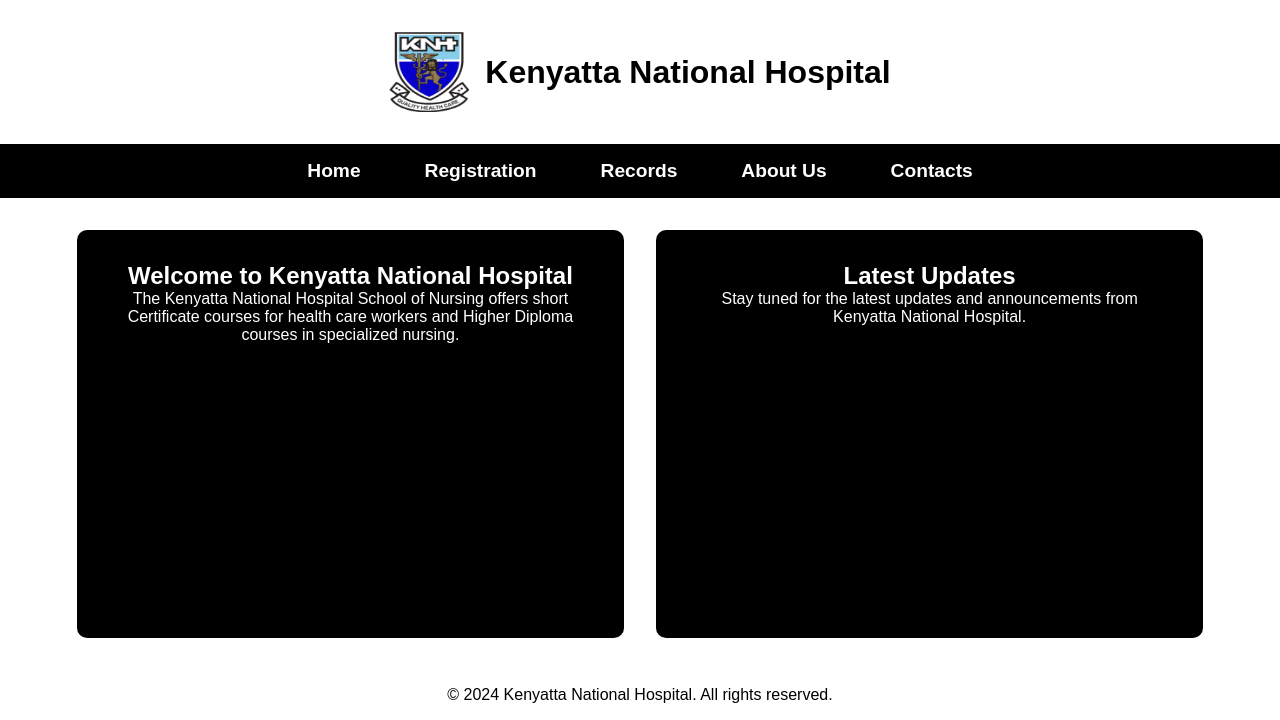
Repository: EphrahimLaanyu123/wsp
Page: index.html
These files come from the project's save history. The page is drawn as it stood at one moment and after the next save; the edit follows.
The browser window is 1280 px wide. The pictures show the whole page.

Above is the page before, as saved 2025-03-14 08:40:46.

### index.html
<!DOCTYPE html>
<html lang="en">
<head>
    <meta charset="UTF-8">
    <meta name="viewport" content="width=device-width, initial-scale=1.0">
    <title>Kenyatta National Hospital</title>
    <link rel="stylesheet" href="styles.css">
</head>
<body>

    <header class="header">
        <div class="header-content">
            <img src="/transparent_logo.png" alt="Kenyatta National Hospital Logo" class="logo">
            <h1 class="header-title">Kenyatta National Hospital</h1>
        </div>
    </header>

    <nav class="nav">
        <ul>
            <li><a href="index.html">Home</a></li>
            <li><a href="Registration.html">Registration</a></li>
            <li><a href="table.html">Records</a></li>
            <li><a href="about.html">About Us</a></li>
            <li><a href="contacts.html">Contacts</a></li>
        </ul>
    </nav>

    <main class="sectionaside">
        <section class="section">
            <h2>Welcome to Kenyatta National Hospital</h2>
            <p>The Kenyatta National Hospital School of Nursing offers short Certificate courses for health care workers and Higher Diploma courses in specialized nursing.</p>
        </section>

        <aside class="aside">
            <h2>Latest Updates</h2>
            <p>Stay tuned for the latest updates and announcements from Kenyatta National Hospital.</p>
        </aside>
    </main>

    <footer class="footer">
        <p>&copy; 2024 Kenyatta National Hospital. All rights reserved.</p>
    </footer>

    <script src="script.js"></script>

</body>
</html>

### styles.css
/* General Reset */
* {
    margin: 0;
    padding: 0;
    box-sizing: border-box;
    font-family: 'Arial', sans-serif;
}

/* Full-Page Background */
body {
    background-color: white;
    color: black;
    min-height: 100vh;
    display: flex;
    flex-direction: column;
}

/* Header */
.header {
    background-color: white;
    padding: 2rem;
    text-align: center;
}

.header-content {
    display: flex;
    align-items: center;
    justify-content: center;
    gap: 1rem;
}

.logo {
    width: 80px;
    height: 80px;
}

.header-title {
    font-size: 2rem;
    font-weight: bold;
    color: black;
}

/* Navigation */
.nav {
    background-color: black;
    padding: 1rem;
    text-align: center;
}

.nav ul {
    list-style: none;
    display: flex;
    justify-content: center;
    gap: 2rem;
}

.nav ul li {
    display: inline;
}

.nav ul li a {
    text-decoration: none;
    color: white;
    font-size: 1.2rem;
    font-weight: bold;
    padding: 0.5rem 1rem;
    transition: all 0.3s ease-in-out;
}

.nav ul li a:hover {
    background-color: white;
    color: black;
    border-radius: 5px;
}

/* Main Content */
.sectionaside {
    flex: 1;
    display: flex;
    flex-wrap: wrap;
    justify-content: center;
    gap: 2rem;
    padding: 2rem;
}

.section, .aside {
    flex: 1;
    max-width: 45%;
    min-width: 300px;
    padding: 2rem;
    border-radius: 10px;
    background-color: black;
    color: white;
    text-align: center;
    box-shadow: 2px 2px 10px rgba(255, 255, 255, 0.2);
}

/* Footer */
.footer {
    background-color: white;
    color: black;
    text-align: center;
    padding: 1rem;
}

/* Responsive Design */
@media (max-width: 768px) {
    .sectionaside {
        flex-direction: column;
        align-items: center;
    }

    .section, .aside {
        max-width: 90%;
    }

    .header-content {
        flex-direction: column;
        text-align: center;
    }

    .nav ul {
        flex-direction: column;
        gap: 1rem;
    }
}

Loaded but not shown: script.js (no stored copy; drawn as an empty file)

After the next save:
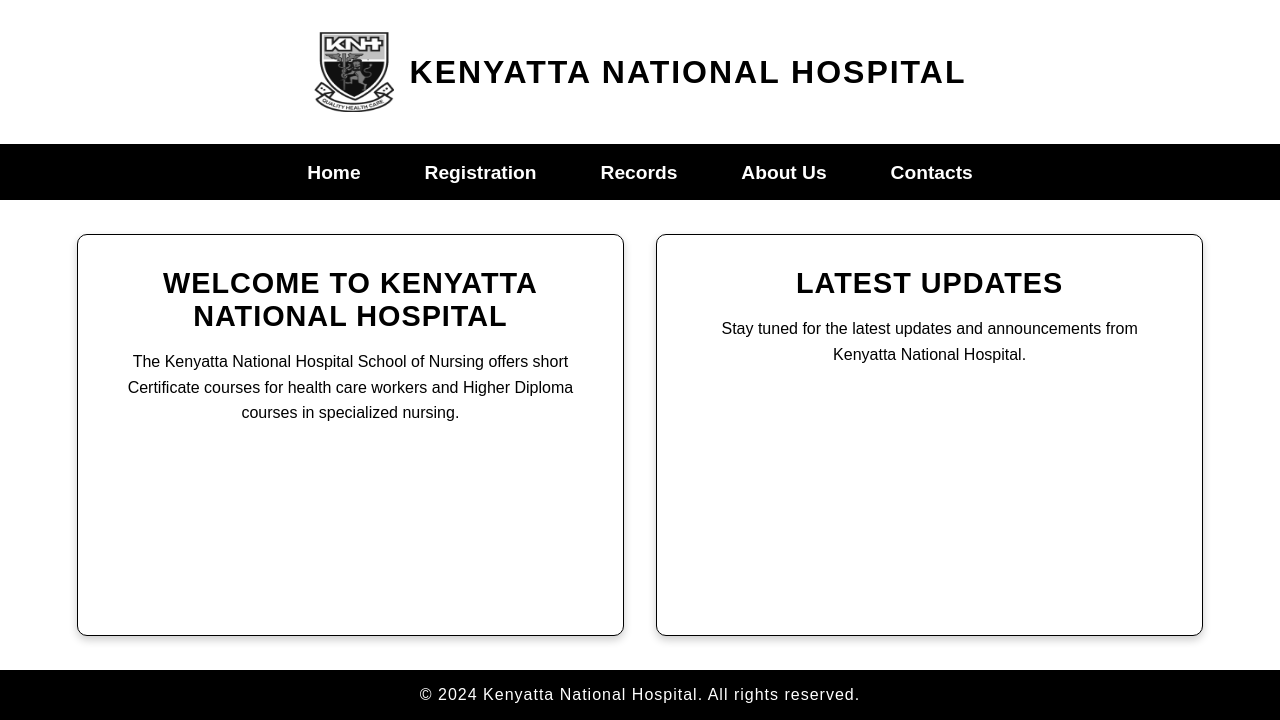
Saved 2 min 29 s later.
--- a/styles.css
+++ b/styles.css
@@ -20,6 +20,7 @@
     background-color: white;
     padding: 2rem;
     text-align: center;
+    border-bottom: 2px solid black; /* Add a black border for separation */
 }
 
 .header-content {
@@ -32,12 +33,15 @@
 .logo {
     width: 80px;
     height: 80px;
+    filter: grayscale(100%); /* Make the logo black and white */
 }
 
 .header-title {
     font-size: 2rem;
     font-weight: bold;
     color: black;
+    text-transform: uppercase; /* Uppercase for a bold look */
+    letter-spacing: 2px; /* Add spacing for elegance */
 }
 
 /* Navigation */
@@ -45,6 +49,7 @@
     background-color: black;
     padding: 1rem;
     text-align: center;
+    border-bottom: 2px solid white; /* Add a white border for contrast */
 }
 
 .nav ul {
@@ -65,12 +70,13 @@
     font-weight: bold;
     padding: 0.5rem 1rem;
     transition: all 0.3s ease-in-out;
+    border-radius: 5px; /* Rounded corners for buttons */
 }
 
 .nav ul li a:hover {
     background-color: white;
     color: black;
-    border-radius: 5px;
+    box-shadow: 0 0 10px rgba(255, 255, 255, 0.5); /* Add a subtle glow effect */
 }
 
 /* Main Content */
@@ -89,18 +95,40 @@
     min-width: 300px;
     padding: 2rem;
     border-radius: 10px;
-    background-color: black;
-    color: white;
+    background-color: white; /* White background for sections */
+    color: black;
     text-align: center;
-    box-shadow: 2px 2px 10px rgba(255, 255, 255, 0.2);
+    box-shadow: 0 4px 8px rgba(0, 0, 0, 0.2); /* Subtle shadow for depth */
+    border: 1px solid black; /* Black border for contrast */
+}
+
+.section h2, .aside h2 {
+    font-size: 1.8rem;
+    margin-bottom: 1rem;
+    color: black;
+    text-transform: uppercase; /* Uppercase for headings */
+    letter-spacing: 1px; /* Add spacing for elegance */
+}
+
+.section p, .aside p {
+    font-size: 1rem;
+    line-height: 1.6;
+    color: black;
 }
 
 /* Footer */
 .footer {
-    background-color: white;
-    color: black;
+    background-color: black; /* Black background for footer */
+    color: white;
     text-align: center;
     padding: 1rem;
+    border-top: 2px solid white; /* White border for separation */
+}
+
+.footer p {
+    margin: 0;
+    font-size: 1rem;
+    letter-spacing: 1px; /* Add spacing for elegance */
 }
 
 /* Responsive Design */
